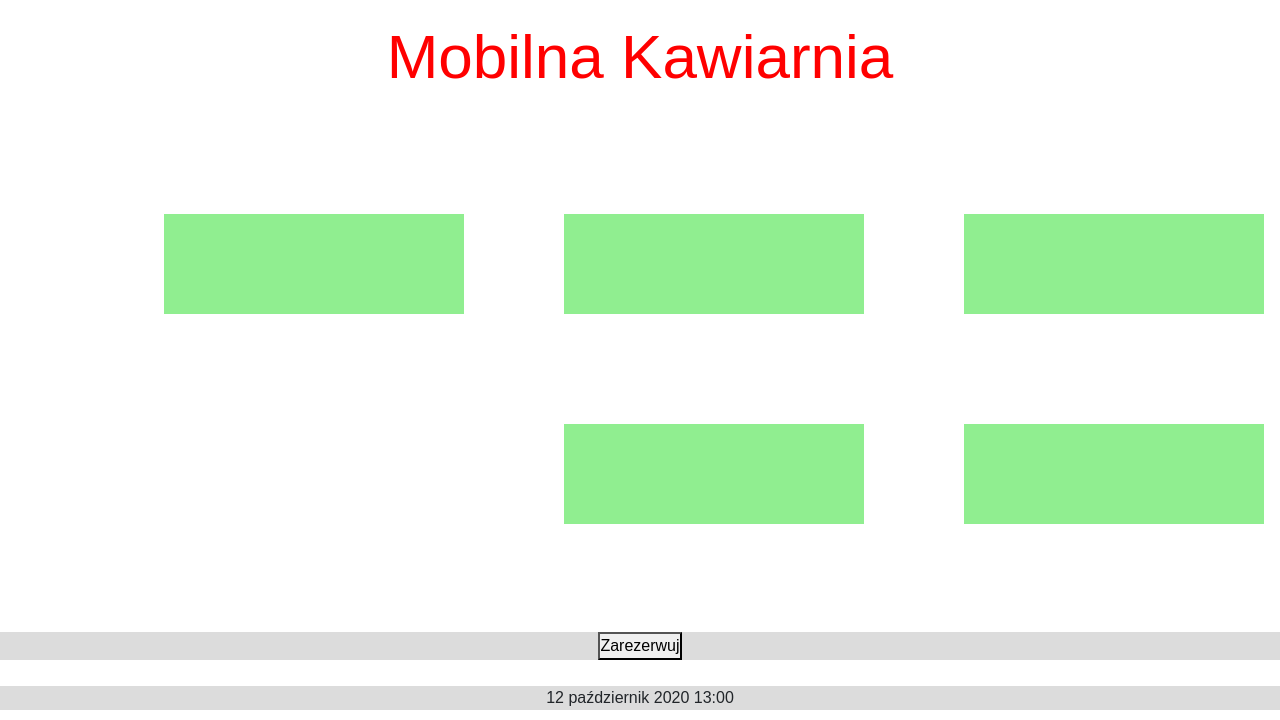
Repository: K009/MobilnaKawiarnia
Page: index.html
An editor plug-in stored every save of this project. The page is shown before and after the next save, followed by the edit.
The browser window is 1280 px wide. The pictures show the whole page.

Above is the page before, as saved 2020-12-23 17:04:32.

### index.html
<html>
  <head>
    <title>Mobilna Kawiarnia</title>
    <link rel="stylesheet" href="style.css" />
    <script src="scripts.js"></script>
    <link href="https://cdn.jsdelivr.net/npm/bootstrap@5.0.0-beta1/dist/css/bootstrap.min.css" rel="stylesheet" integrity="sha384-giJF6kkoqNQ00vy+HMDP7azOuL0xtbfIcaT9wjKHr8RbDVddVHyTfAAsrekwKmP1" crossorigin="anonymous">
    <script src="https://cdn.jsdelivr.net/npm/bootstrap@5.0.0-beta1/dist/js/bootstrap.bundle.min.js" integrity="sha384-ygbV9kiqUc6oa4msXn9868pTtWMgiQaeYH7/t7LECLbyPA2x65Kgf80OJFdroafW" crossorigin="anonymous"></script>
  </head>
  <body>
    <div class="main">
        <div class="logo">
          <h1><a href="">Mobilna Kawiarnia</a></h1>
        </div>

        <div id="center">

            <div class="tableUp">
                <svg class ="table" width="300" height="110">
                    <rect class ="table" width="300" height="100"/>
                  </svg>
            </div>

            <div class="tableUp">
                <svg width="300" height="110">
                    <rect class ="table" width="300" height="100"/>
                  </svg>
            </div>

            <div class="tableUp">
                <svg width="300" height="110">
                    <rect class ="table" width="300" height="100"/>
                  </svg>
            </div>

            <div class="tableUp">
                <svg width="300" height="110">
                    <rect class ="table" width="300" height="100"/>
                </svg>
            </div>

            <div class="tableUp">
                <svg width="300" height="110">
                    <rect class ="table" width="300" height="100"/>
                </svg>
            </div>


        </div>

        <div id="bottomButton">
            <button id="submitDate" onclick="submit(this.id)">Zarezerwuj</button>
        </div>

        <div id="bottomMenu">
            12 październik 2020     13:00
        </div>
    </div>

    <script>

    </script>
  </body>
</html>

### style.css
* {
  margin: 0;
  padding: 0;
  font-family: sans-serif;
}
.main {
  width: 100%;
  height: 100vh;
  position: relative;
  overflow: hidden;
  background: white;
}
.logo {
  flex-basis: 20%;
}
.logo h1 {
  text-align: center;
  color: red;
  font-size: 62px;
  margin: 20 20px;
}
.logo h1 a {
  text-decoration: none;
  color: red;
}
#center {
  margin-left: 5%;
}
.tableUp {
  margin: 100 0 0 100px;
  float: left;
}
.table {
  fill: #90ee90;
}
.table:hover {
  fill: #88e388;
}
#bottomButton {
  background-color: gainsboro;
  text-align: center;
  position: absolute;
  width: 100%;
  bottom: 60px;
}
#submitDate {
  font-size: 16px;
}
#bottomMenu {
  background-color: gainsboro;
  text-align: center;
  position: absolute;
  width: 100%;
  bottom: 10px;
}

### scripts.js
console.log('xxdd');

// let submitButton = document.getElementById('submitDate');

// submitButton.onclick = function () {
//   console.log('klikniety!!');
// };

function submit(clicked_id) {
  console.log(clicked_id);
}

After the next save:
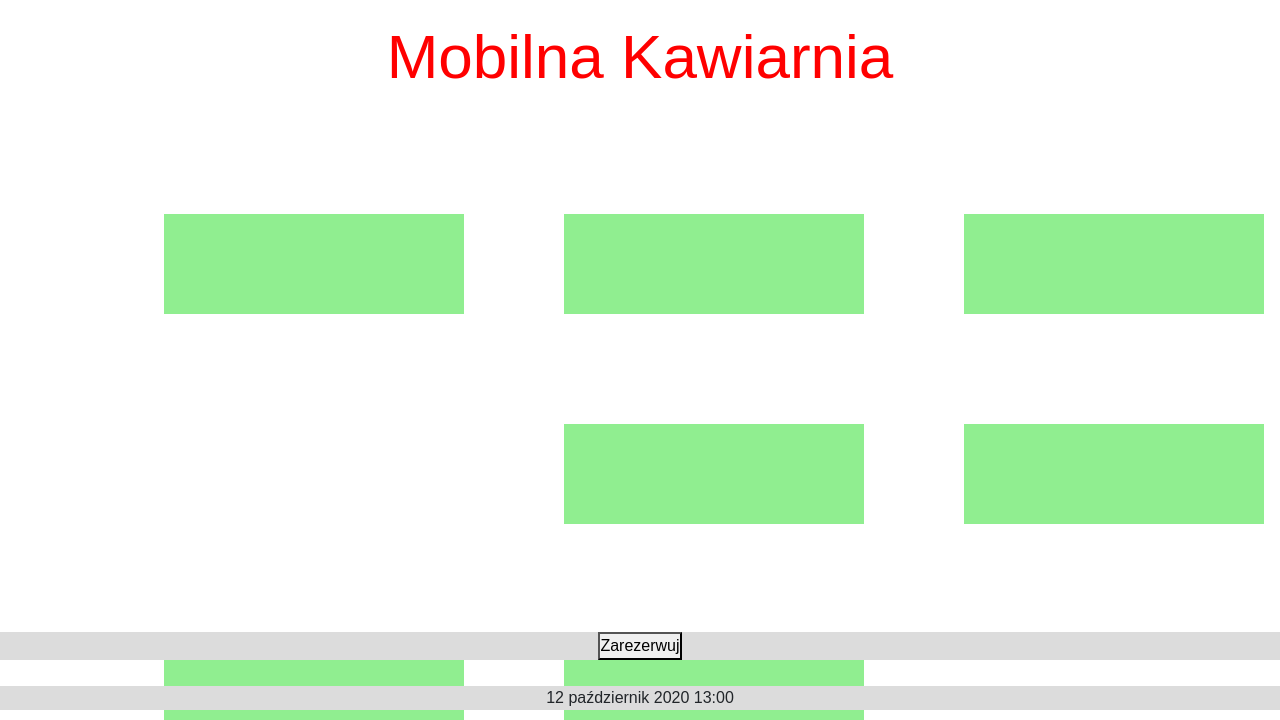
Saved 12 s later.
--- a/index.html
+++ b/index.html
@@ -44,6 +44,17 @@
                 </svg>
             </div>
 
+            <div class="tableUp">
+                <svg width="300" height="110">
+                    <rect class ="table" width="300" height="100" />
+                </svg>
+            </div>
+
+            <div class="tableUp">
+                <svg width="300" height="110">
+                    <rect class ="table" width="300" height="100" />
+                </svg>
+            </div>
 
         </div>
 
